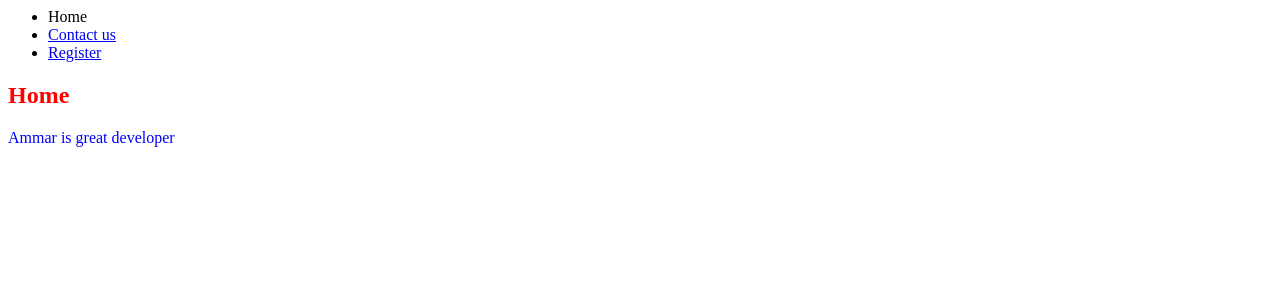
Repository: engammar111/css
Page: index.html
An editor plug-in stored every save of this project. The page is shown before and after the next save, followed by the edit.
The browser window is 1280 px wide. The pictures show the whole page.

Above is the page before, as saved 2021-07-31 13:53:52.

After the next save:
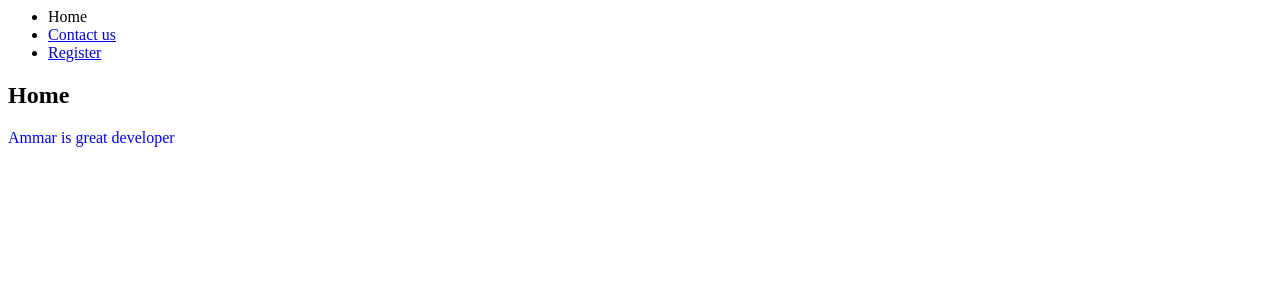
Saved 50 s later.
--- a/style.css
+++ b/style.css
@@ -4,6 +4,9 @@
 
 h1 {
   color: red;
+}
+h1 {
+  color: black;
 }
 
 p {
